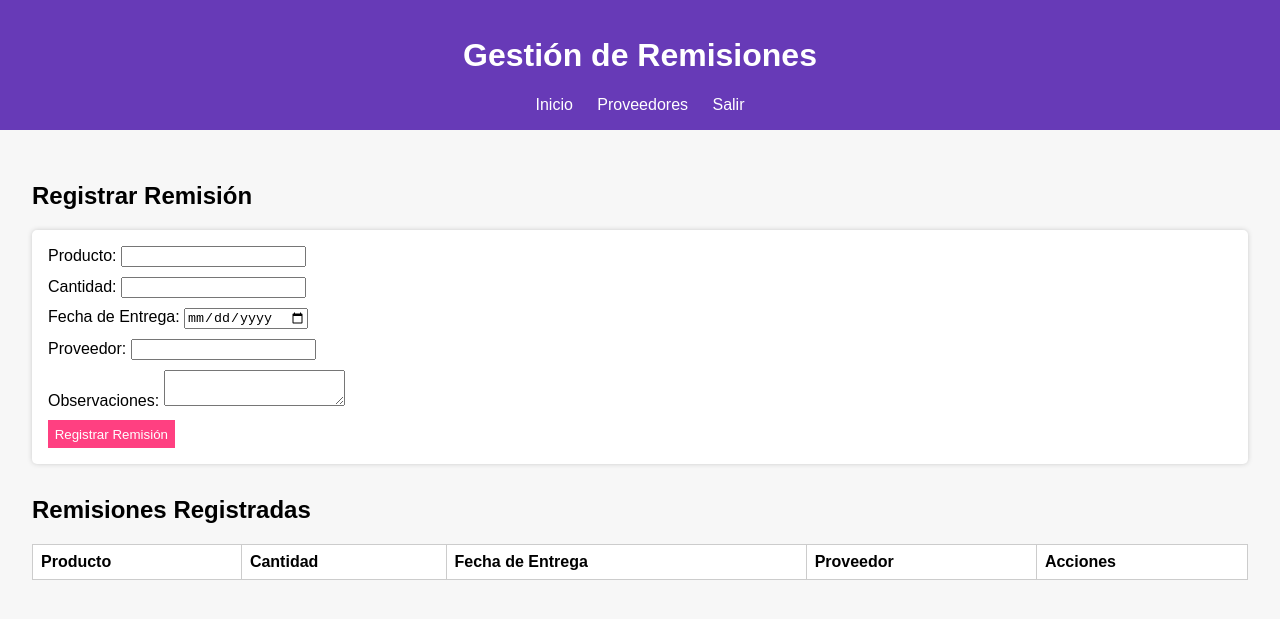
Repository: djkeviin/Mi-primera-chamba
Page: views/remisiones.html
The author's editor kept a copy of each file at every save. The page is drawn from the files as they stood at one save, then again after the next save.
The browser window is 1280 px wide. The pictures show the whole page.

Above is the page before, as saved 2025-05-01 21:57:06.

### views/remisiones.html
<!DOCTYPE html>
<html lang="es">
<head>
  <meta charset="UTF-8">
  <title>Gestión de Remisiones</title>
  <link rel="stylesheet" href="../css/remisiones.css">
</head>
<body>
  <header>
    <h1>Gestión de Remisiones</h1>
    <nav>
      <a href="dashboard.html">Inicio</a>
      <a href="proveedores.html">Proveedores</a>
      <a href="../index.html">Salir</a>
    </nav>
  </header>

  <main>
    <section class="formulario">
      <h2>Registrar Remisión</h2>
      <form id="formRemision">
        <label>Producto:
          <input type="text" name="producto" required>
        </label>
        <label>Cantidad:
          <input type="number" name="cantidad" required>
        </label>
        <label>Fecha de Entrega:
          <input type="date" name="fecha" required>
        </label>
        <label>Proveedor:
          <input type="text" name="proveedor" required>
        </label>
        <label>Observaciones:
          <textarea name="observaciones"></textarea>
        </label>
        <button type="submit">Registrar Remisión</button>
      </form>
    </section>

    <section class="lista">
      <h2>Remisiones Registradas</h2>
      <table>
        <thead>
          <tr>
            <th>Producto</th>
            <th>Cantidad</th>
            <th>Fecha de Entrega</th>
            <th>Proveedor</th>
            <th>Acciones</th>
          </tr>
        </thead>
        <tbody id="tablaRemisiones">
          <!-- Datos dinámicos -->
        </tbody>
      </table>
    </section>
  </main>

  <script src="../js/remisiones.js"></script>
</body>
</html>

### css/remisiones.css
body {
    font-family: Arial, sans-serif;
    margin: 0;
    padding: 0;
    background: #f7f7f7;
  }

  header {
    background: #673ab7;
    color: white;
    padding: 1em;
    text-align: center;
  }

  nav a {
    color: white;
    margin: 0 10px;
    text-decoration: none;
  }

  main {
    padding: 2em;
  }

  form {
    background: white;
    padding: 1em;
    border-radius: 5px;
    box-shadow: 0 0 5px #ccc;
    margin-bottom: 2em;
  }

  label {
    display: block;
    margin-bottom: 10px;
  }

  table {
    width: 100%;
    border-collapse: collapse;
    background: white;
  }

  th, td {
    border: 1px solid #ccc;
    padding: 0.5em;
    text-align: left;
  }

  button {
    background: #ff4081;
    color: white;
    border: none;
    padding: 0.5em;
    cursor: pointer;
  }

  button:hover {
    background: #f50057;
  }

### js/remisiones.js
document.getElementById("formRemision").addEventListener("submit", function(e) {
    e.preventDefault();

    const producto = this.producto.value;
    const cantidad = this.cantidad.value;
    const fecha = this.fecha.value;
    const proveedor = this.proveedor.value;
    const observaciones = this.observaciones.value;

    const tabla = document.getElementById("tablaRemisiones");
    const fila = document.createElement("tr");

    fila.innerHTML = `
      <td>${producto}</td>
      <td>${cantidad}</td>
      <td>${fecha}</td>
      <td>${proveedor}</td>
      <td><button onclick="eliminarFila(this)">Eliminar</button></td>
    `;

    tabla.appendChild(fila);
    this.reset();
  });

  function eliminarFila(btn) {
    const fila = btn.parentNode.parentNode;
    fila.remove();
  }

After the next save:
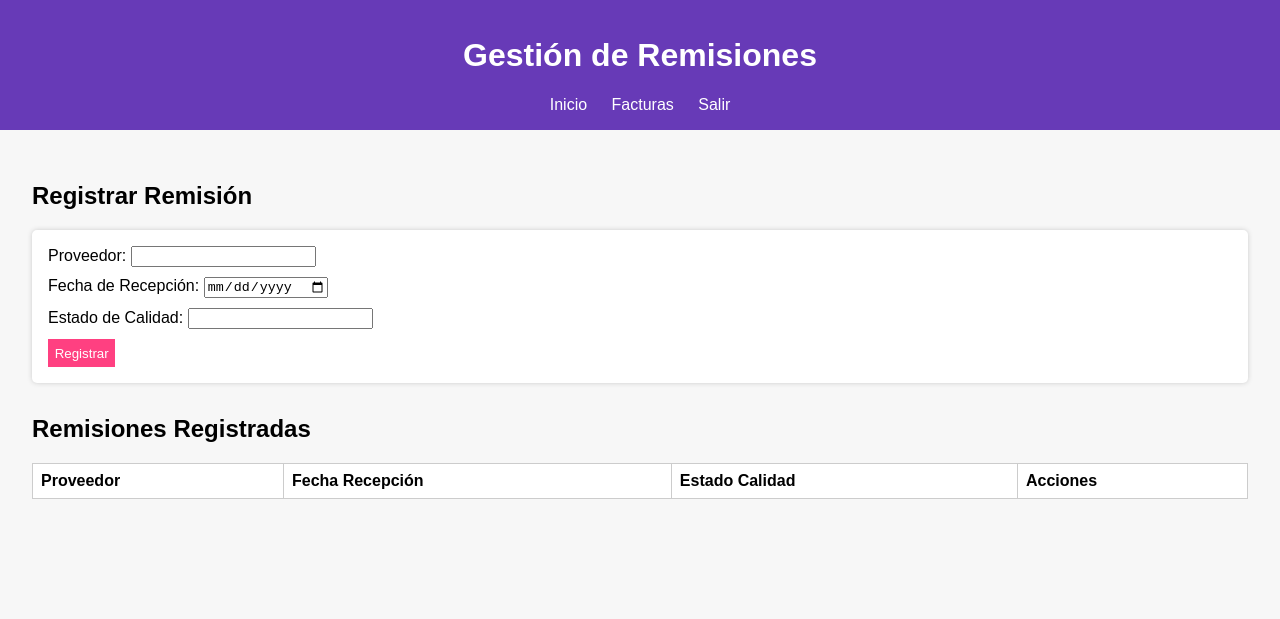
Saved 1 s later.
--- a/views/remisiones.html
+++ b/views/remisiones.html
@@ -10,7 +10,7 @@
     <h1>Gestión de Remisiones</h1>
     <nav>
       <a href="dashboard.html">Inicio</a>
-      <a href="proveedores.html">Proveedores</a>
+      <a href="facturas.html">Facturas</a>
       <a href="../index.html">Salir</a>
     </nav>
   </header>
@@ -19,22 +19,16 @@
     <section class="formulario">
       <h2>Registrar Remisión</h2>
       <form id="formRemision">
-        <label>Producto:
-          <input type="text" name="producto" required>
-        </label>
-        <label>Cantidad:
-          <input type="number" name="cantidad" required>
-        </label>
-        <label>Fecha de Entrega:
-          <input type="date" name="fecha" required>
-        </label>
         <label>Proveedor:
           <input type="text" name="proveedor" required>
         </label>
-        <label>Observaciones:
-          <textarea name="observaciones"></textarea>
+        <label>Fecha de Recepción:
+          <input type="date" name="fechaRecepcion" required>
         </label>
-        <button type="submit">Registrar Remisión</button>
+        <label>Estado de Calidad:
+          <input type="text" name="estadoCalidad" required>
+        </label>
+        <button type="submit">Registrar</button>
       </form>
     </section>
 
@@ -43,10 +37,9 @@
       <table>
         <thead>
           <tr>
-            <th>Producto</th>
-            <th>Cantidad</th>
-            <th>Fecha de Entrega</th>
             <th>Proveedor</th>
+            <th>Fecha Recepción</th>
+            <th>Estado Calidad</th>
             <th>Acciones</th>
           </tr>
         </thead>
